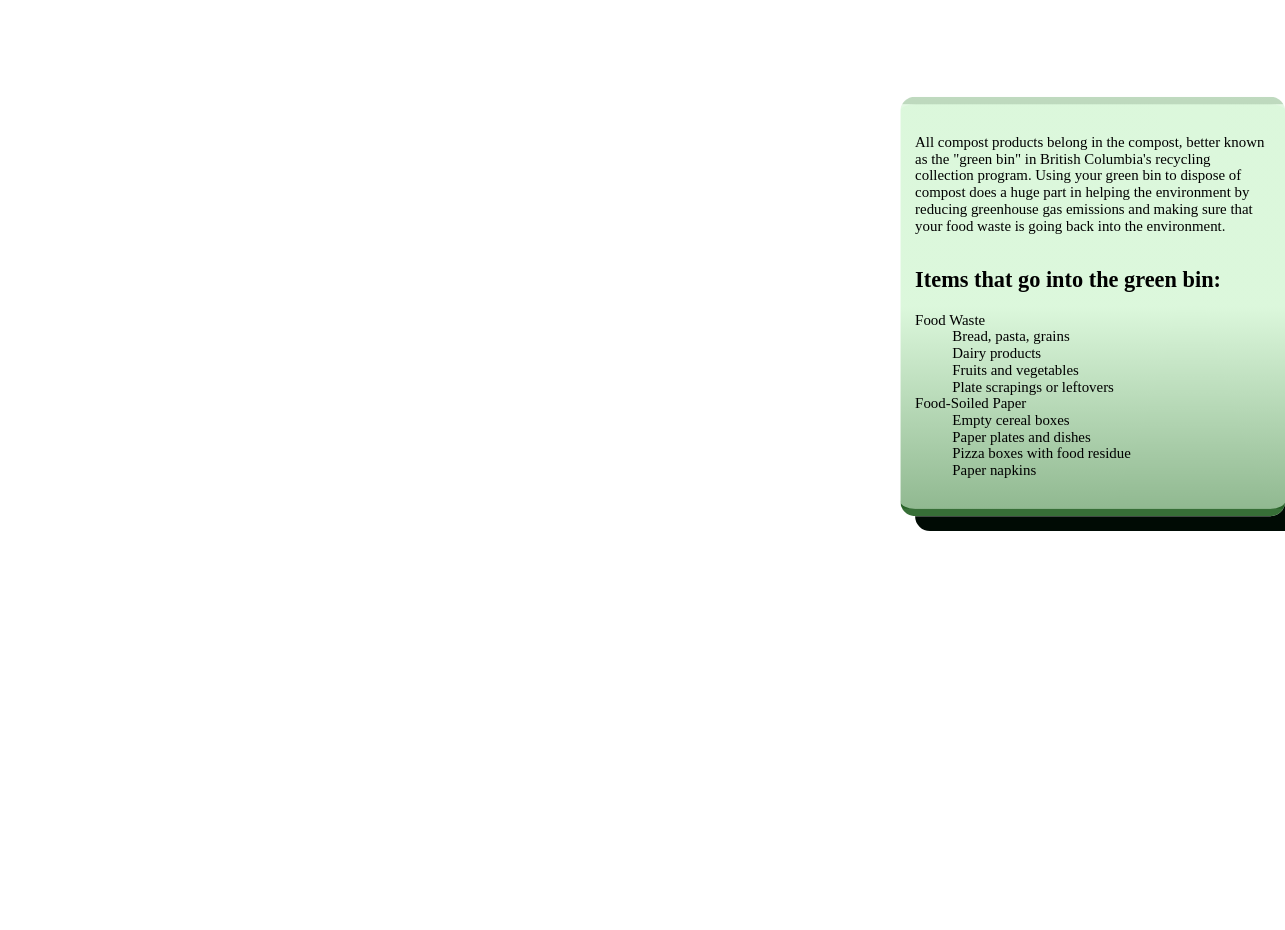
Repository: alemunden/Trash-Scavengers
Page: /InfoCompost
The author's editor kept a copy of each file at every save. The page is drawn from the files as they stood at one save, then again after the next save.
The browser window is 1280 px wide. The page is 1382 px wide, so the pictures cover 1382 px, including what lies to the right of the window. The pictures show the whole page, at 93% of full size.
The project was rebuilt for these pictures with package versions that can differ from the ones it lists, and the page was loaded fresh each time. The framework's server and built-in components were replaced by stand-ins that run in the browser. Also part of the build but not shown: next.config.mjs.

Above is the page before, as saved 2024-05-07 15:01:58.

After the next save:
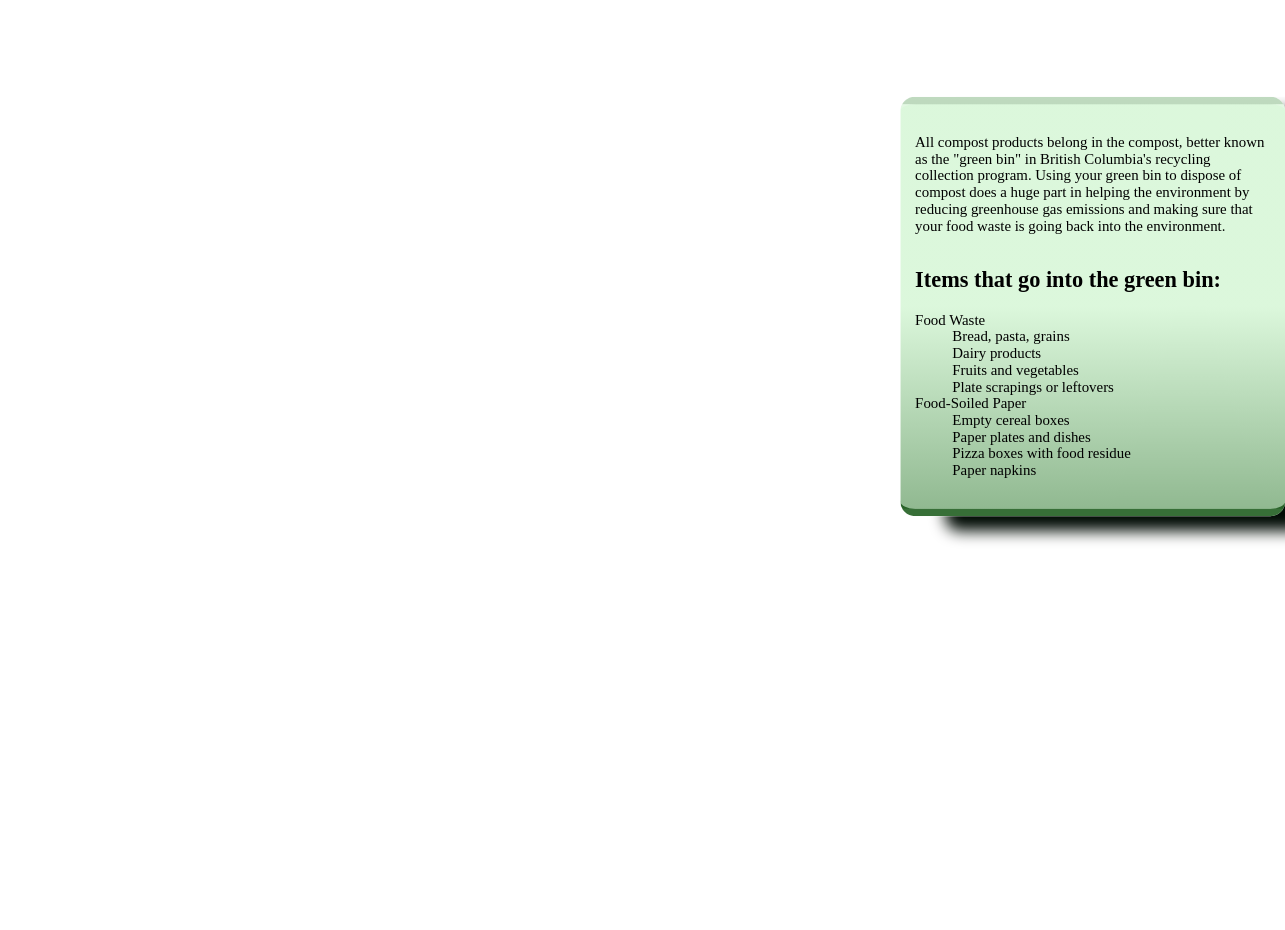
Saved 8 s later.
--- a/styles/InfoCompost.module.css
+++ b/styles/InfoCompost.module.css
@@ -8,5 +8,5 @@
     border-radius: 1rem;
     border-top: 0.5rem solid rgba(236, 251, 236, 0.5);
     border-bottom: 0.5rem solid rgba(16, 78, 16, 0.8);
-    box-shadow: 1rem 1rem #000b04;
+    box-shadow: 3rem 1rem 1rem #000b04;
 }

After the save that followed:
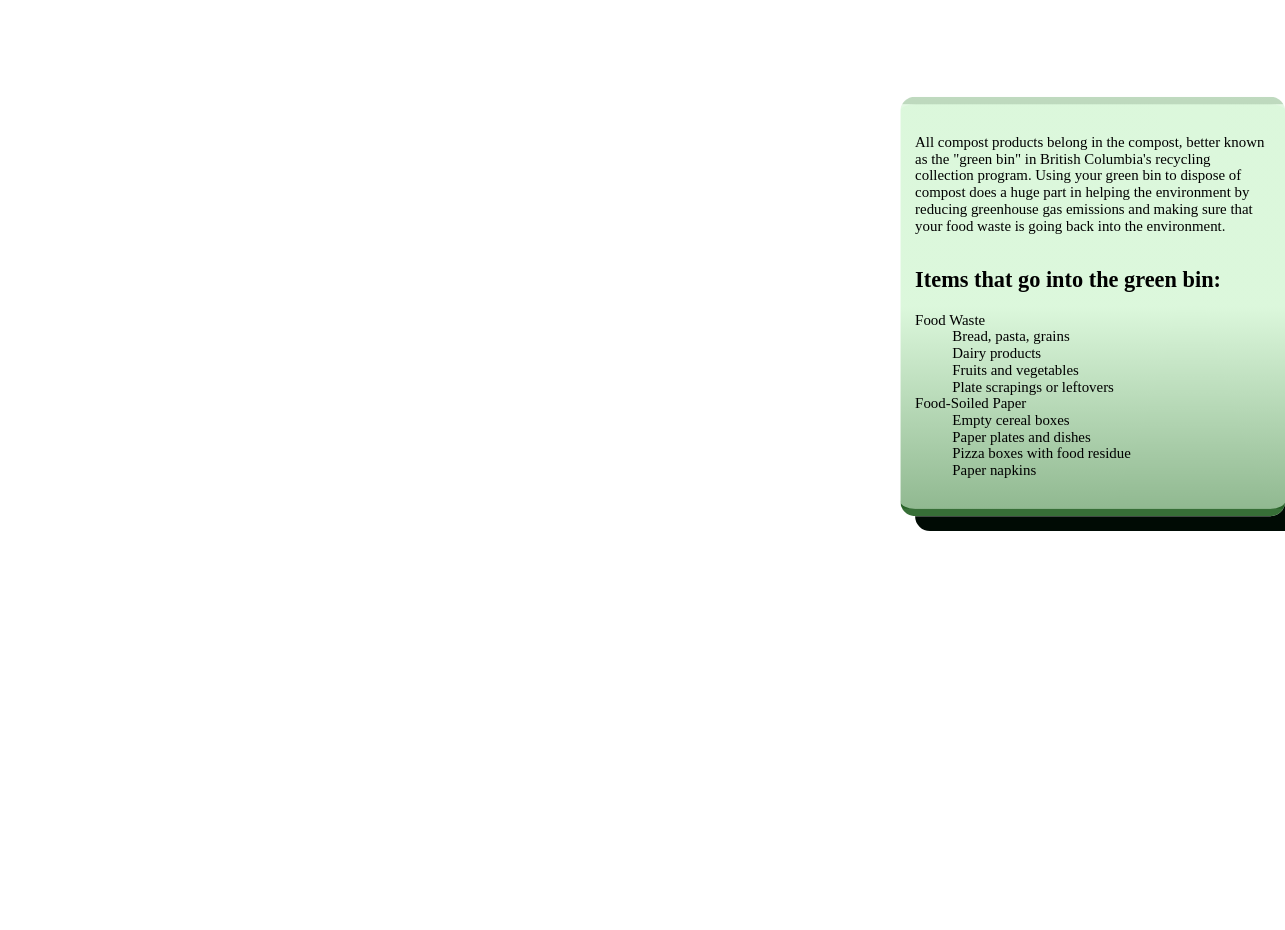
Saved 7 s later.
--- a/styles/InfoCompost.module.css
+++ b/styles/InfoCompost.module.css
@@ -8,5 +8,5 @@
     border-radius: 1rem;
     border-top: 0.5rem solid rgba(236, 251, 236, 0.5);
     border-bottom: 0.5rem solid rgba(16, 78, 16, 0.8);
-    box-shadow: 3rem 1rem 1rem #000b04;
+    box-shadow: 1rem 1rem #000b04;
 }
